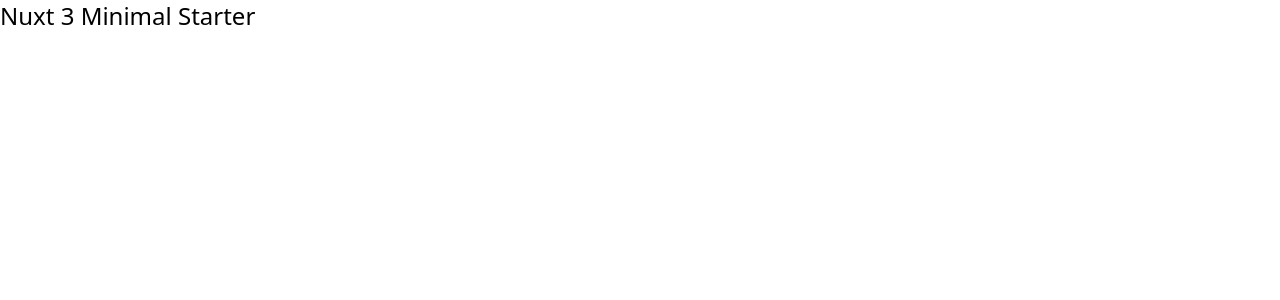
Repository: Freezler/nuxt
Page: /
The author's editor kept a copy of each file at every save. The page is drawn from the files as they stood at one save, then again after a run of saves.
The browser window is 1280 px wide. The pictures show the whole page.
The project was rebuilt for these pictures with package versions that can differ from the ones it lists, and the page was loaded fresh each time. The framework's server and built-in components were replaced by stand-ins that run in the browser. Also part of the build but not shown: nuxt.config.ts.

Above is the page before, as saved 2024-08-02 20:54:55.

After the next 2 saves:
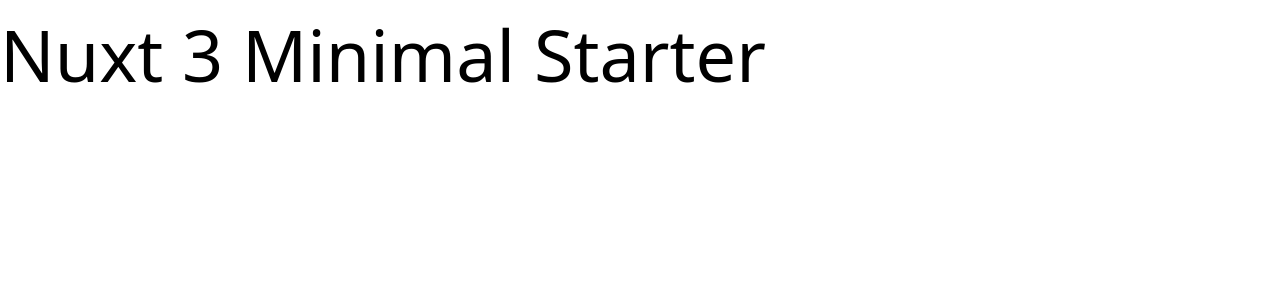
The 2 saves are shown as one change because they came seconds apart.
The last was saved 8 s later.
--- a/app.vue
+++ b/app.vue
@@ -1,6 +1,6 @@
 <template>
   <div>
-    <h1 class="text-2xl">Nuxt 3 Minimal Starter</h1>
+    <h1 class="text-[72px]">Nuxt 3 Minimal Starter</h1>
     <NuxtRouteAnnouncer />
     <NuxtWelcome />
   </div>
